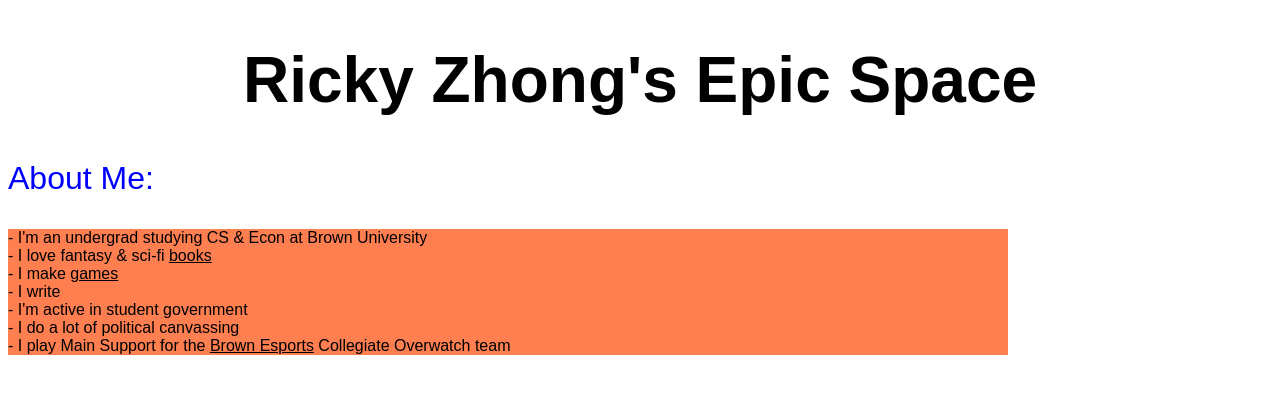
Repository: rickydaricky/rickydaricky.github.io
Page: index.html
These files come from the project's save history. The page is drawn as it stood at one moment and after the next save; the edit follows.
The browser window is 1280 px wide. The pictures show the whole page.

Above is the page before, as saved 2021-11-26 02:49:30.

### index.html
<!DOCTYPE html>

<head>
  <meta charset="UTF-8" />
  <meta name="viewport" content="width=device-width, initial-scale=1.0" />
  <link rel="stylesheet" href="main.css" type="text/css" />
  <title>Homepage</title>
</head>

<html>
  <body>
    <h1 class="title">Ricky Zhong's Epic Space</h1>
    <p class="about">About Me:</p>
    <div class="square">
      <p>
        - I'm an undergrad studying CS & Econ at Brown University
        <br />
        - I love fantasy & sci-fi
        <a href="https://goodreads.com/rickydaricky">books</a>
        <br />
        - I make
        <a href="https://rickydaricky.itch.io/">games</a>
        <br />
        - I write
        <br />
        - I'm active in student government
        <br />
        - I do a lot of political canvassing
        <br />
        - I play Main Support for the
        <a href="https://brownesports.org/">Brown Esports</a>
        Collegiate Overwatch team
      </p>
    </div>
  </body>
</html>

### main.css
p {
  text-align: justify;
  font-size: 200%;
}

html * {
  font-size: 16px;
  color: black;
  font-family: Nunito, sans-serif;
}

.about {
  font-size: 200%;
  color: blue;
}

.title {
  text-align: center;
  font-size: 400%;
}

.square {
  width: 1000px;
  background-color: coral;
}

After the next save:
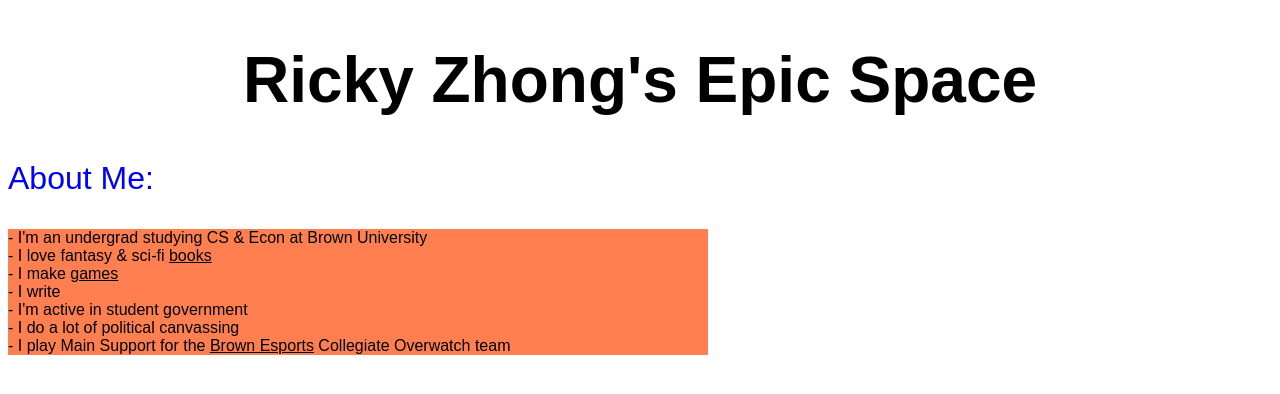
Saved 7 s later.
--- a/main.css
+++ b/main.css
@@ -20,6 +20,6 @@ html * {
 }
 
 .square {
-  width: 1000px;
+  width: 700px;
   background-color: coral;
 }
